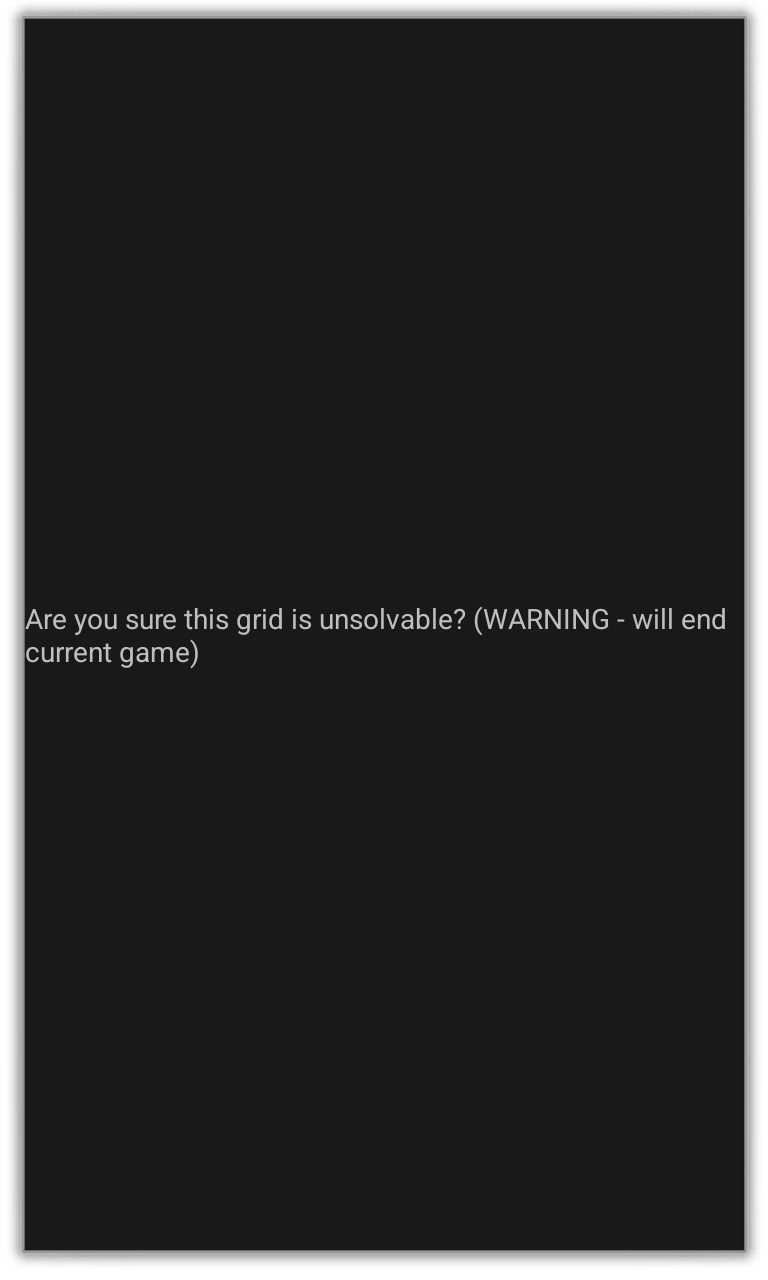
Repository: rickydalziel/project
Layout: Numbersorter/res/layout/activity_unsolve_dialog.xml
The author's editor kept a copy of each file at every save. The layout is drawn from the files as they stood at one save, then again after a run of saves.
It is drawn on a 768 x 1280 px phone screen (xhdpi) without system bars, with theme android:Theme.Dialog; the app's code is not run.

Above is the layout before, as saved 2013-03-07 13:26:35.

### Numbersorter/res/layout/activity_unsolve_dialog.xml
<?xml version="1.0" encoding="utf-8"?>
<LinearLayout  xmlns:android="http://schemas.android.com/apk/res/android"
	 android:layout_width="fill_parent"
	 android:layout_height="fill_parent">

      <TextView
        android:layout_width="fill_parent"
        android:layout_height="wrap_content"
        android:layout_gravity="center"
        android:text="@string/unsolveable" />

       <Button
           android:id="@+id/unsolve_yes_button"
           android:layout_width="fill_parent"
           android:layout_height="fill_parent"
           android:text="@string/yes"
           android:onClick="yesPressed"/>

        <Button
           android:id="@+id/unsolve_cancel_button"
           android:layout_width="fill_parent"
           android:layout_height="fill_parent"
           android:text="@string/cancel"
           android:onClick="cancelPressed"  />

</LinearLayout>

### Numbersorter/res/values/strings.xml
<?xml version="1.0" encoding="utf-8"?>
<resources>

    <!-- Main menu strings -->

    <string name="app_name">Numbersorter</string>
    <string name="main_menu">Main Menu</string>
    <string name="menu_settings">Settings</string>
    <string name="title_activity_main">Number Sorter</string>
    <string name="new_game">New Game</string>
    <string name="continue_game">Continue</string>
    <string name="about">About</string>
    <string name="exit_game">Exit</string>

    <!-- About scree strings -->

    <string name="about_app">About Numbersorter</string>
    <string name="about_text">	    Numbersorter is a program written and desgned by Ricky Dalziel, for his 4th year honours project.
	    The aim of the game is to swipe a mxn grid of numbers into position so that they read from 1 - (m*n).
	</string>
    <string name="hello_world">Hello world!</string>
    <string name="title_activity_about">AboutActivity</string>

    <!-- New game dialog strings -->

    <string name="newgametext">Please select a board width and height</string>
    <string name="height">Height</string>
    <string name="width">Width</string>
    <string name="cancel">Cancel</string>

    <!-- Array options for the dialog box -->

    <string-array name="size_array">
        <item>3</item>
        <item>4</item>
        <item>5</item>
        <item>6</item>
    </string-array>

    <string name="title_activity_game">Game</string>
    <string name="title_activity_unsolve_dialog">Unsolveable?</string>
    <string name="unsolveable">Are you sure this grid is unsolvable? (WARNING -  will end current game)</string>
    <string name="yes">Yes</string>
    <string name="no">No</string>

</resources>

After the next 4 saves:
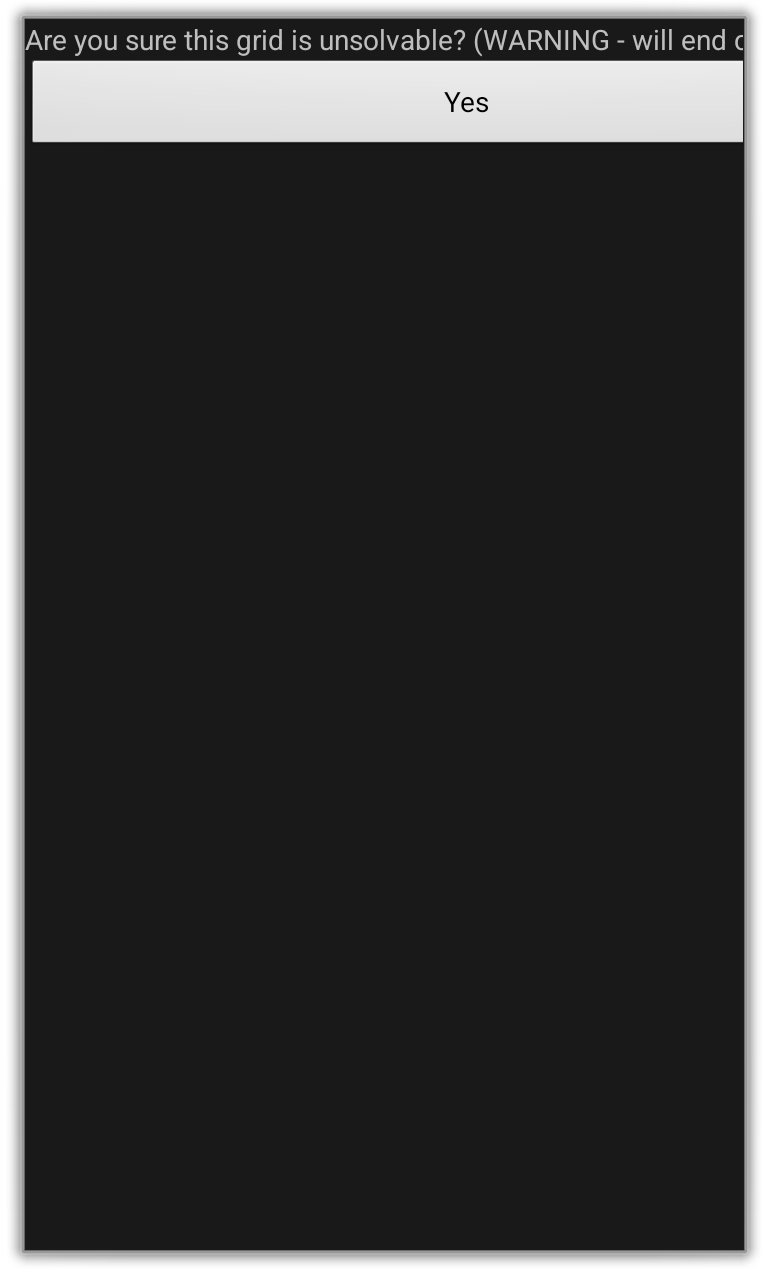
The 4 saves are shown as one change because 3 did not build or start.
The last was saved 3 min 23 s later.
--- a/Numbersorter/res/layout/activity_unsolve_dialog.xml
+++ b/Numbersorter/res/layout/activity_unsolve_dialog.xml
@@ -1,26 +1,36 @@
 <?xml version="1.0" encoding="utf-8"?>
-<LinearLayout  xmlns:android="http://schemas.android.com/apk/res/android"
-	 android:layout_width="fill_parent"
-	 android:layout_height="fill_parent">
 
-      <TextView
-        android:layout_width="fill_parent"
-        android:layout_height="wrap_content"
-        android:layout_gravity="center"
-        android:text="@string/unsolveable" />
 
-       <Button
-           android:id="@+id/unsolve_yes_button"
-           android:layout_width="fill_parent"
-           android:layout_height="fill_parent"
-           android:text="@string/yes"
-           android:onClick="yesPressed"/>
 
-        <Button
-           android:id="@+id/unsolve_cancel_button"
-           android:layout_width="fill_parent"
-           android:layout_height="fill_parent"
-           android:text="@string/cancel"
-           android:onClick="cancelPressed"  />
 
-</LinearLayout>
+      <TableLayout xmlns:android="http://schemas.android.com/apk/res/android"
+	        android:layout_height="wrap_content"
+	        android:layout_width="wrap_content"
+	        android:layout_gravity="center"
+	        android:stretchColumns="*">
+
+       <TableRow>
+	             <TextView
+	        android:layout_width="fill_parent"
+	        android:layout_height="wrap_content"
+	        android:layout_gravity="center"
+	        android:text="@string/unsolveable" />
+        </TableRow>
+
+       <TableRow>
+
+	       <Button
+	           android:id="@+id/unsolve_yes_button"
+	           android:layout_width="fill_parent"
+	           android:layout_height="fill_parent"
+	           android:text="@string/yes"
+	           android:onClick="yesPressed"/>
+
+	        <Button
+	           android:id="@+id/unsolve_cancel_button"
+	           android:layout_width="fill_parent"
+	           android:layout_height="fill_parent"
+	           android:text="@string/cancel"
+	           android:onClick="cancelPressed"  />
+
+        </TableRow>
